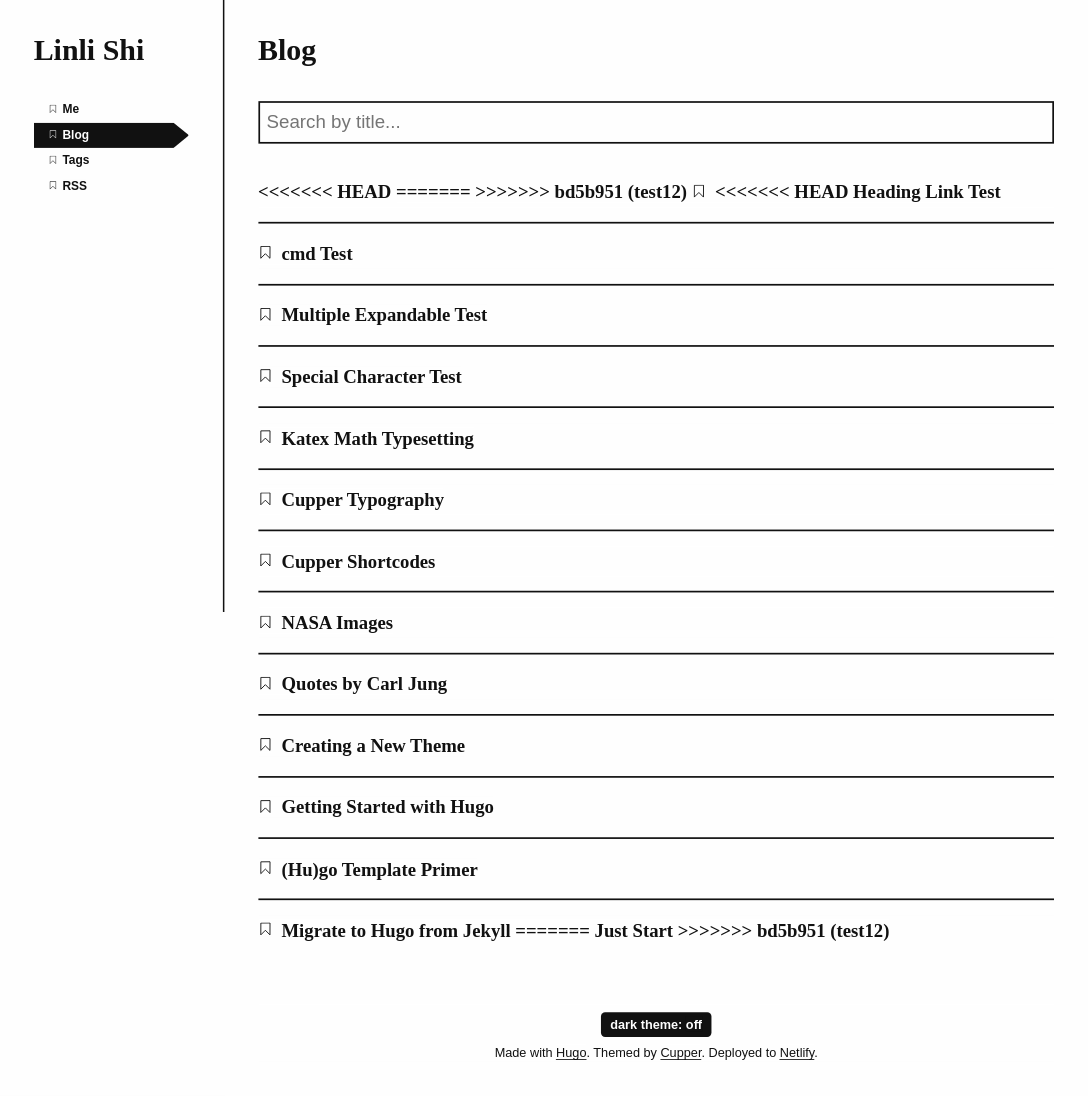
Repository: indexss/indexss.github.io
Page: post/index.html
An editor plug-in stored every save of this project. The page is shown before and after a run of saves, followed by the edit.
The browser window is 1280 px wide. The pictures show the whole page, at 85% of full size.
Some web fonts or font styles are not loaded; a fallback is used. Some web libraries are served in a nearby version.

Above is the page before, as saved 2024-03-06 22:52:33.

After the next 2 saves:
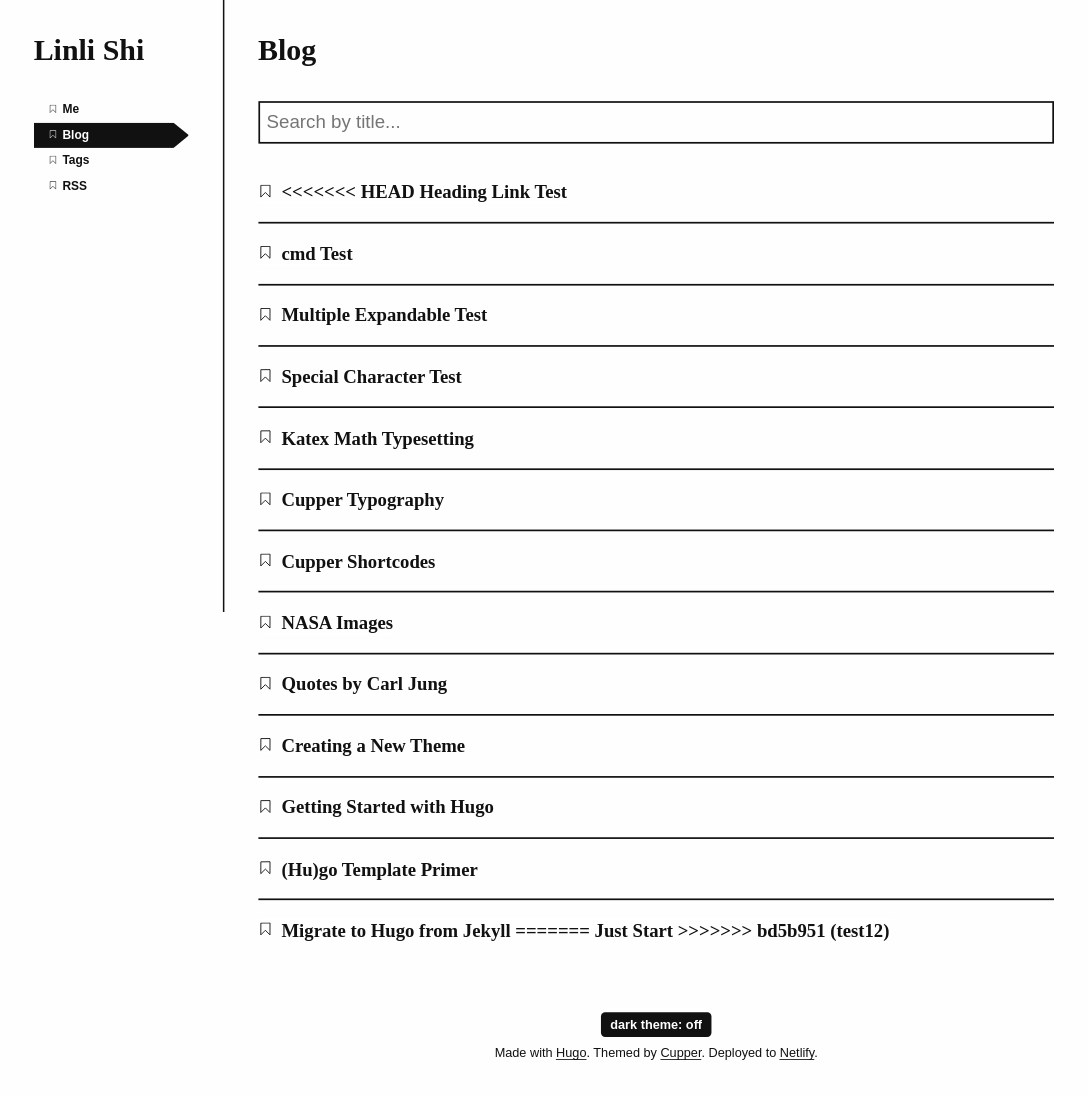
The 2 saves are shown as one change because they came seconds apart.
The last was saved 2 min 50 s later.
--- a/post/index.html
+++ b/post/index.html
@@ -266,11 +266,9 @@
 
     <li>
       <h2>
-<<<<<<< HEAD
-        <a href="/heading-link-test/">
-=======
+
         <a href="/quickstart/">
->>>>>>> bd5b951 (test12)
+
           <svg
             class="bookmark"
             aria-hidden="true"
